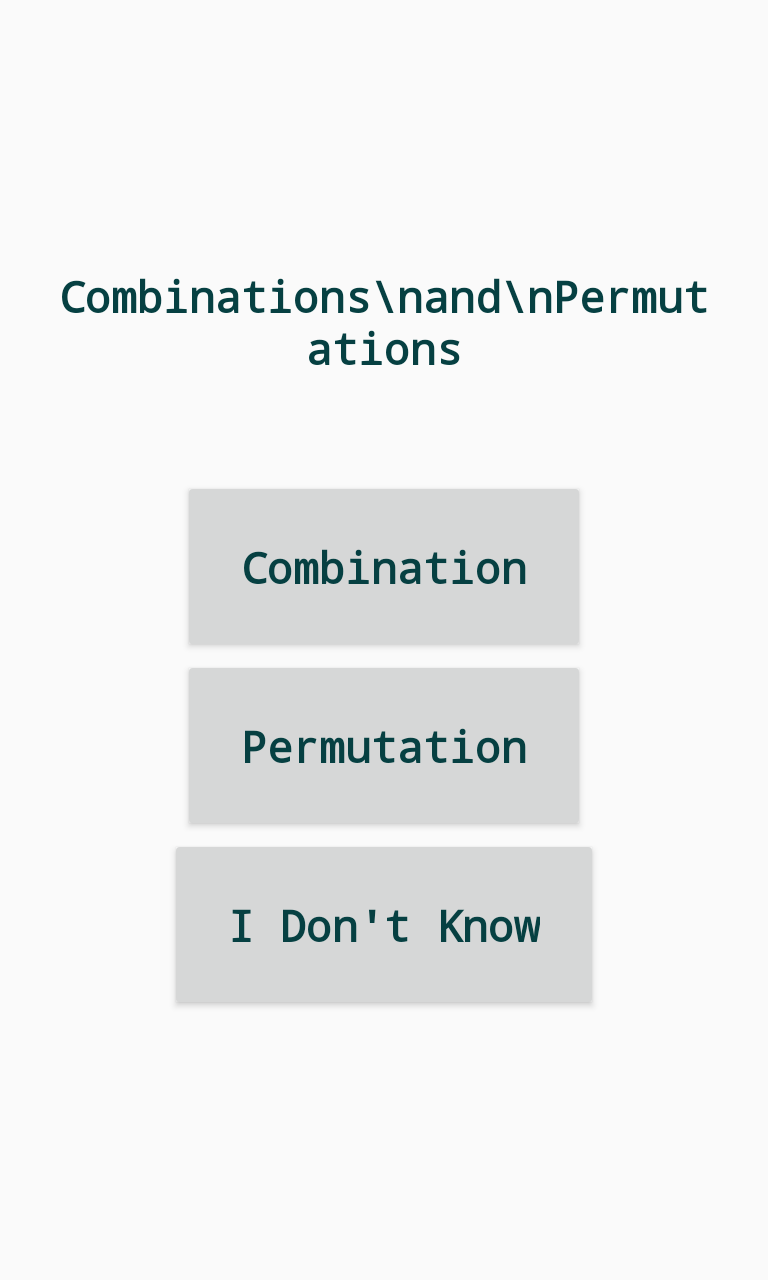
Repository: rontejada1991/Combinations-and-Permutations-Android-App
Layout: combinations/res/layout/activity_main.xml
An editor plug-in stored every save of this project. The layout is shown before and after the next save, followed by the edit.
It is drawn on a 768 x 1280 px phone screen (xhdpi) without system bars, with theme AppTheme; the app's code is not run.

Above is the layout before, as saved 2014-11-07 20:02:20.

### combinations/res/layout/activity_main.xml
<LinearLayout xmlns:android="http://schemas.android.com/apk/res/android"
    xmlns:tools="http://schemas.android.com/tools"
    android:layout_width="match_parent"
    android:layout_height="match_parent"
	android:orientation="vertical"
	android:gravity="center"
	android:padding="25dp"
    tools:context="com.silvercloudgames.combinations.MainActivity" >

    <TextView
        android:id="@+id/tv_title"
        style="@style/CodeFont"
        android:layout_width="fill_parent"
        android:text="Combinations\nand\nPermutations"
        android:layout_marginBottom="50dp" />

    <Button
        android:id="@+id/b_begin"
        style="@style/CodeFont"
        android:text="Combination"
        android:padding="30dp"
        android:onClick="onBeginPressed" />

    <Button
        android:id="@+id/b_begin"
        style="@style/CodeFont"
        android:text="Permutation"
        android:padding="30dp"
        android:onClick="onBeginPressed" />

     <Button
        android:id="@+id/b_begin"
        style="@style/CodeFont"
        android:text="I Don't Know"
        android:padding="30dp"
        android:onClick="onBeginPressed" />


</LinearLayout>

### combinations/res/values/code_font.xml
<?xml version="1.0" encoding="utf-8"?>
<resources xmlns:android="http://schemas.android.com/apk/res/android">

    <style name="CodeFont">
        <item name="android:layout_width">wrap_content</item>
        <item name="android:layout_height">wrap_content</item>
        <item name="android:textColor">#064042</item>
        <item name="android:textStyle">bold</item>
        <item name="android:typeface">monospace</item>
        <item name="android:gravity">center</item>
        <item name="android:textAppearance">@android:style/TextAppearance.Large</item>
    </style>

    <style name="CodeFont.Med">
        <item name="android:textAppearance">@android:style/TextAppearance.Medium</item>
    </style>

    <style name="CodeFont.Italic">
        <item name="android:textStyle">italic</item>
    </style>

</resources>

Loaded but not shown: combinations/res/values/styles.xml (common file); combinations/res/values-v11/styles.xml (common file); combinations/res/values-v14/styles.xml (common file)

After the next save:
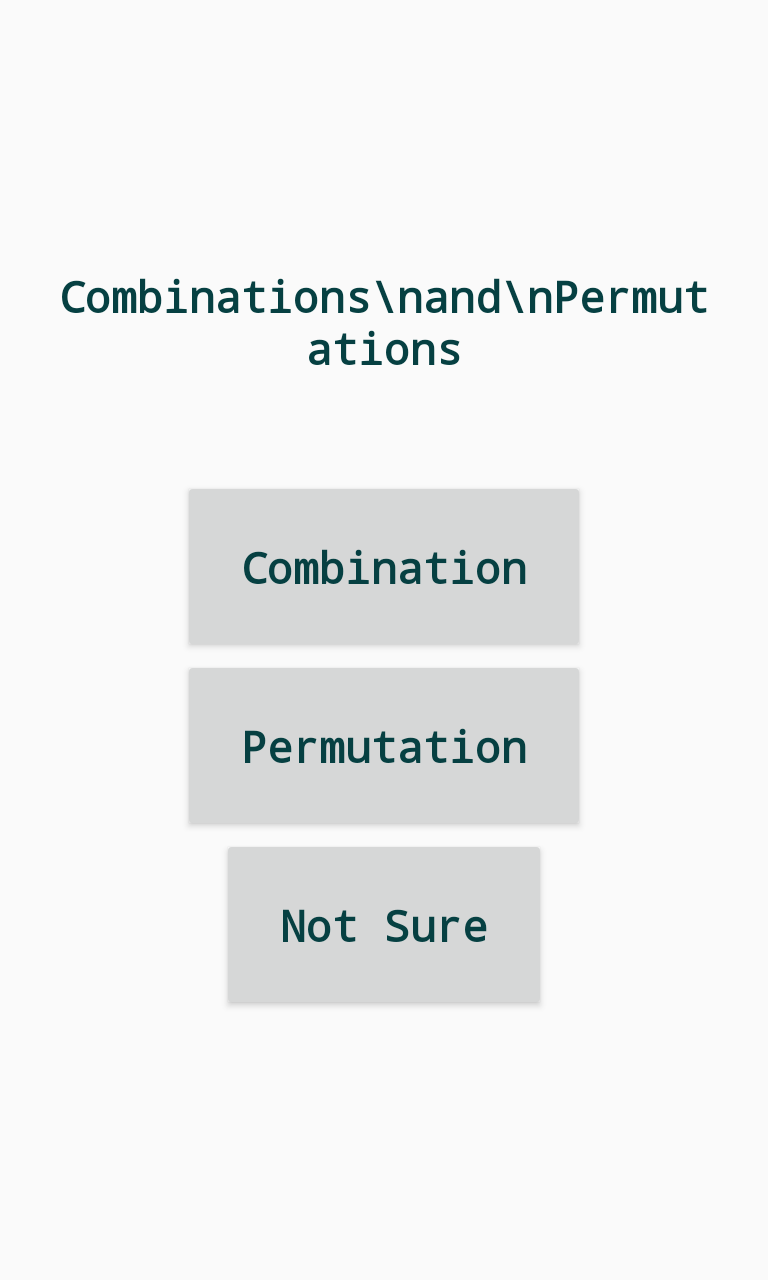
Saved 2 min 8 s later.
--- a/combinations/res/layout/activity_main.xml
+++ b/combinations/res/layout/activity_main.xml
@@ -31,7 +31,7 @@
      <Button
         android:id="@+id/b_begin"
         style="@style/CodeFont"
-        android:text="I Don't Know"
+        android:text="Not Sure"
         android:padding="30dp"
         android:onClick="onBeginPressed" />
 
